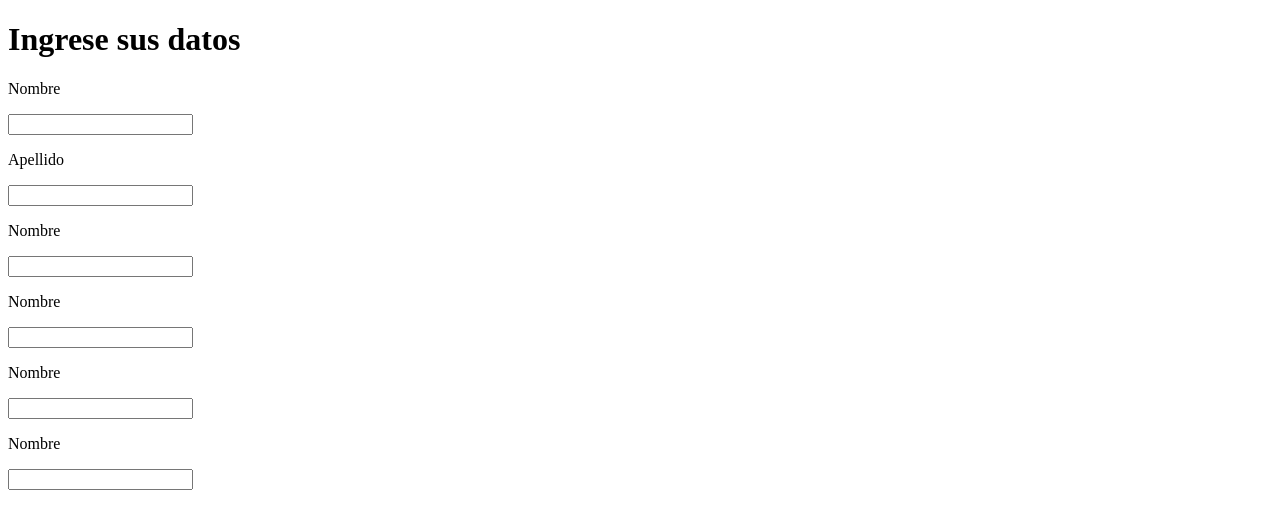
Repository: fran2708/LPPA
Page: Project 2 - Covid registration/index.html
The author's editor kept a copy of each file at every save. The page is drawn from the files as they stood at one save, then again after the next save.
The browser window is 1280 px wide. The pictures show the whole page.

Above is the page before, as saved 2022-04-19 20:46:41.

### Project 2 - Covid registration/index.html
<!DOCTYPE html>
<html lang="en">
<head>
    <meta charset="UTF-8">
    <meta http-equiv="X-UA-Compatible" content="IE=edge">
    <meta name="viewport" content="width=device-width, initial-scale=1.0">
    <title>Formulario Covid</title>
</head>
<body>
    <h1>Ingrese sus datos</h1>
    <form>
        <p>Nombre</p>
        <input type="text" name="nombre">
        <p>Apellido</p>
        <input type="text" name="apellido">
        <p>Nombre</p>
        <input type="text" name="nombre">
        <p>Nombre</p>
        <input type="text" name="nombre">
        <p>Nombre</p>
        <input type="text" name="nombre">
        <p>Nombre</p>
        <input type="text" name="nombre">
    </form>
</body>
</html>

After the next save:
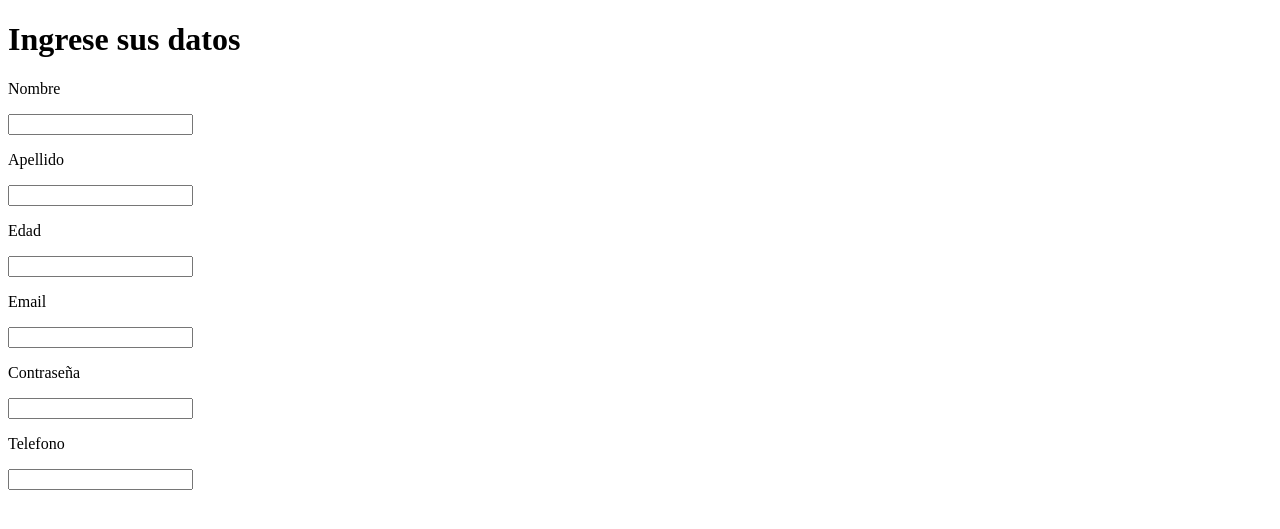
Saved 70 s later.
--- a/Project 2 - Covid registration/index.html
+++ b/Project 2 - Covid registration/index.html
@@ -13,14 +13,14 @@
         <input type="text" name="nombre">
         <p>Apellido</p>
         <input type="text" name="apellido">
-        <p>Nombre</p>
-        <input type="text" name="nombre">
-        <p>Nombre</p>
-        <input type="text" name="nombre">
-        <p>Nombre</p>
-        <input type="text" name="nombre">
-        <p>Nombre</p>
-        <input type="text" name="nombre">
+        <p>Edad</p>
+        <input type="text" name="edad">
+        <p>Email</p>
+        <input type="text" name="email">
+        <p>Contraseña</p>
+        <input type="text" name="password">
+        <p>Telefono</p>
+        <input type="text" name="telefono">
     </form>
 </body>
 </html>
